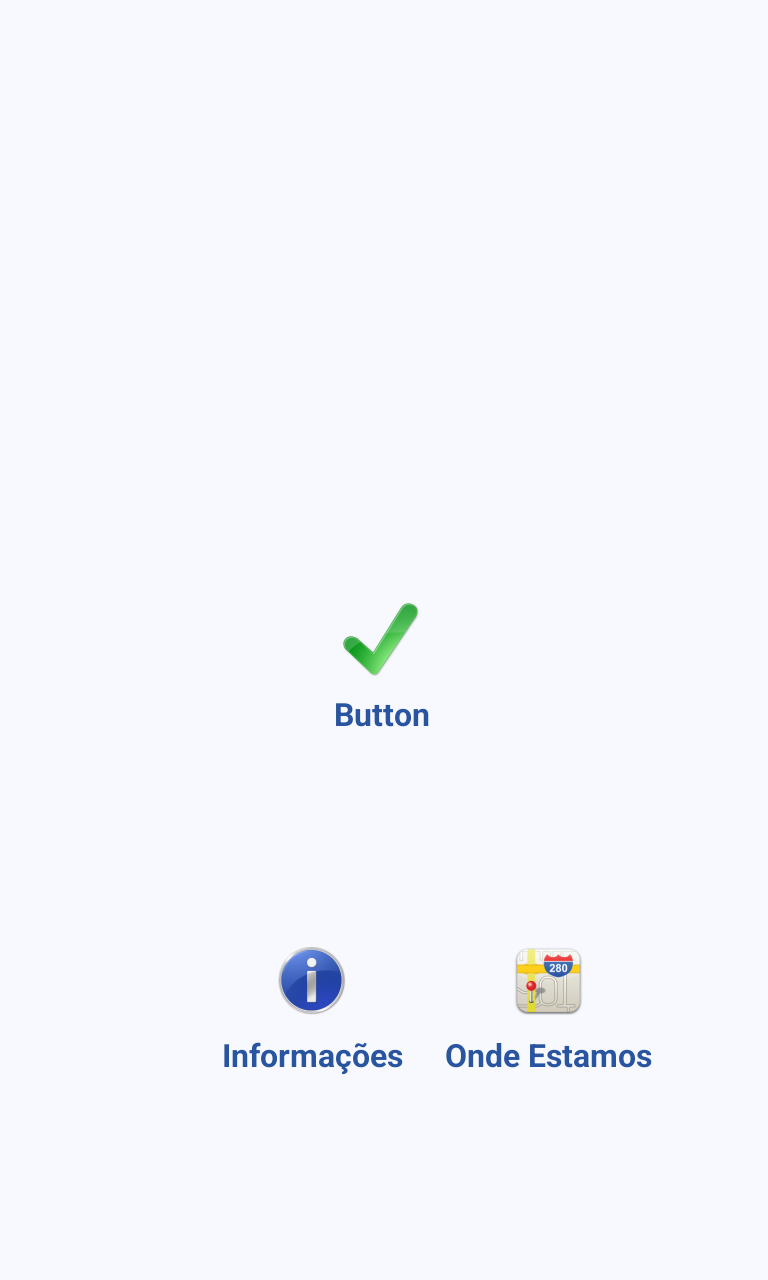
Repository: lmqs/ProjetoAndroid
Layout: TopicosProjeto/res/layout/activity_questoes.xml
An editor plug-in stored every save of this project. The layout is shown before and after the next save, followed by the edit.
It is drawn on a 768 x 1280 px phone screen (xhdpi) without system bars, with theme AppTheme; the app's code is not run.

Above is the layout before, as saved 2014-04-27 15:05:43.

### TopicosProjeto/res/layout/activity_questoes.xml
<RelativeLayout xmlns:android="http://schemas.android.com/apk/res/android"
    xmlns:tools="http://schemas.android.com/tools"
    android:layout_width="match_parent"
    android:layout_height="match_parent"
    android:background="#f8f9fe"
    android:paddingBottom="@dimen/activity_vertical_margin"
    android:paddingLeft="@dimen/activity_horizontal_margin"
    android:paddingRight="@dimen/activity_horizontal_margin"
    android:paddingTop="@dimen/activity_vertical_margin"
    tools:context=".Questoes" >

    <Button
        android:id="@+id/button1"
        style="@style/DashboardButton"
        android:layout_width="wrap_content"
        android:layout_height="wrap_content"
        android:layout_alignParentBottom="true"
        android:layout_alignParentRight="true"
        android:layout_marginBottom="86dp"
        android:layout_marginRight="42dp"
        android:background="@android:color/transparent"
        android:drawableTop="@drawable/maps"
        android:text="Onde Estamos" />

    <Button
        android:id="@+id/button2"
        style="@style/DashboardButton"
        android:layout_width="wrap_content"
        android:layout_height="wrap_content"
        android:layout_alignBaseline="@+id/button1"
        android:layout_alignBottom="@+id/button1"
        android:layout_marginRight="21dp"
        android:layout_toLeftOf="@+id/button1"
        android:background="@android:color/transparent"
        android:drawableTop="@drawable/info"
        android:text="Informações" />

    <Button
        android:id="@+id/button3"
        style="@style/DashboardButton"
        android:layout_width="wrap_content"
        android:layout_height="wrap_content"
        android:layout_above="@+id/button1"
        android:layout_marginBottom="99dp"
        android:layout_toLeftOf="@+id/button1"
        android:background="@android:color/transparent"
        android:drawableTop="@drawable/iniciar"
        android:text="Button" />



</RelativeLayout>

### TopicosProjeto/res/values/styles.xml
<resources>

    <!--
        Base application theme, dependent on API level. This theme is replaced
        by AppBaseTheme from res/values-vXX/styles.xml on newer devices.
    -->
    <style name="AppBaseTheme" parent="android:Theme.Light">
        <!--
            Theme customizations available in newer API levels can go in
            res/values-vXX/styles.xml, while customizations related to
            backward-compatibility can go here.
        -->
    </style>

    <!-- Application theme. -->
    <style name="AppTheme" parent="AppBaseTheme">
        <!-- All customizations that are NOT specific to a particular API-level can go here. -->
    </style>

    <style name="DashboardButton">
        <item name="android:layout_gravity">center_vertical</item>
        <item name="android:layout_width">wrap_content</item>
        <item name="android:layout_height">wrap_content</item>
        <item name="android:gravity">center_horizontal</item>
        <item name="android:drawablePadding">2dp</item>
        <item name="android:textSize">16dp</item>
        <item name="android:textStyle">bold</item>
        <item name="android:textColor">#ff29549f</item>
        <item name="android:background">@null</item>
    </style>



</resources>

Loaded but not shown: TopicosProjeto/res/values-v11/styles.xml (common file); TopicosProjeto/res/values-v14/styles.xml (common file); TopicosProjeto/res/values/dimens.xml (common file)

After the next save:
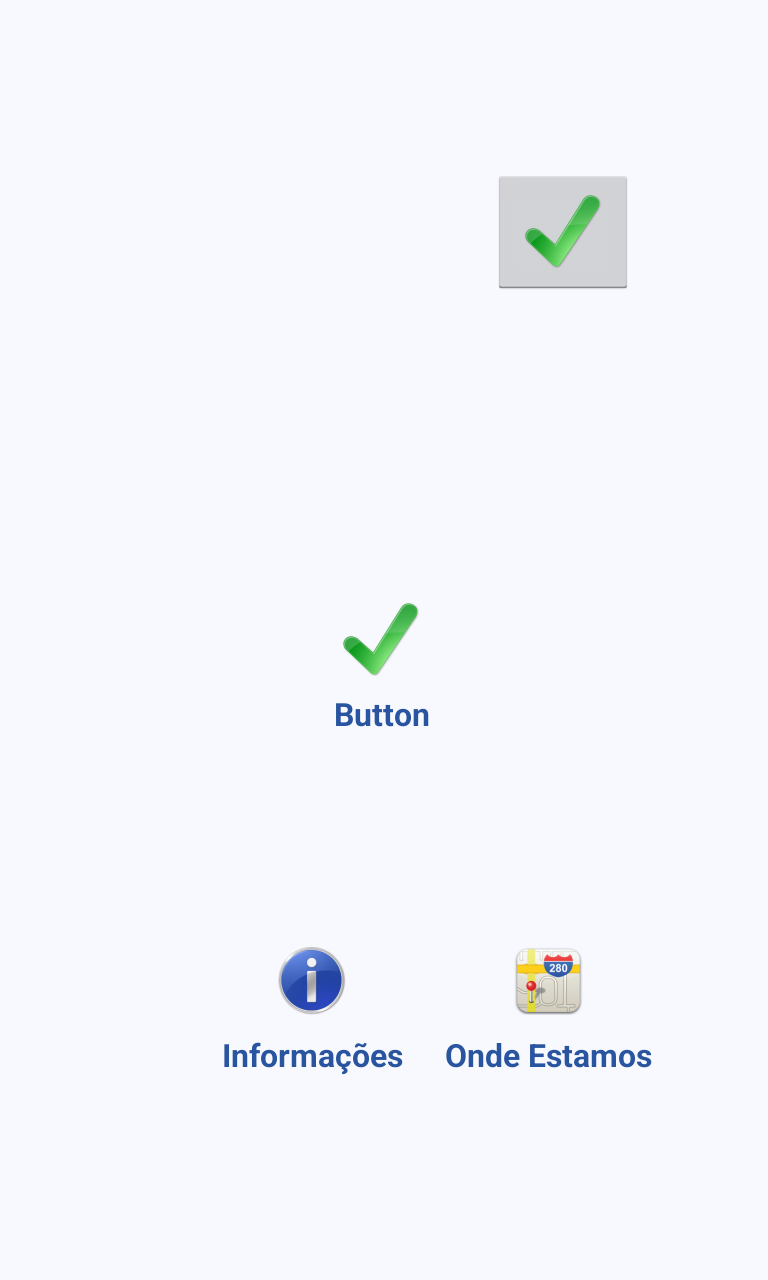
Saved 6 s later.
--- a/TopicosProjeto/res/layout/activity_questoes.xml
+++ b/TopicosProjeto/res/layout/activity_questoes.xml
@@ -47,6 +47,14 @@
         android:drawableTop="@drawable/iniciar"
         android:text="Button" />
 
-
+    <ImageButton
+        android:id="@+id/imageButton1"
+        android:layout_width="wrap_content"
+        android:layout_height="wrap_content"
+        android:layout_alignLeft="@+id/button1"
+        android:layout_alignParentTop="true"
+        android:layout_marginLeft="23dp"
+        android:layout_marginTop="68dp"
+        android:src="@drawable/iniciar" />
 
 </RelativeLayout>
